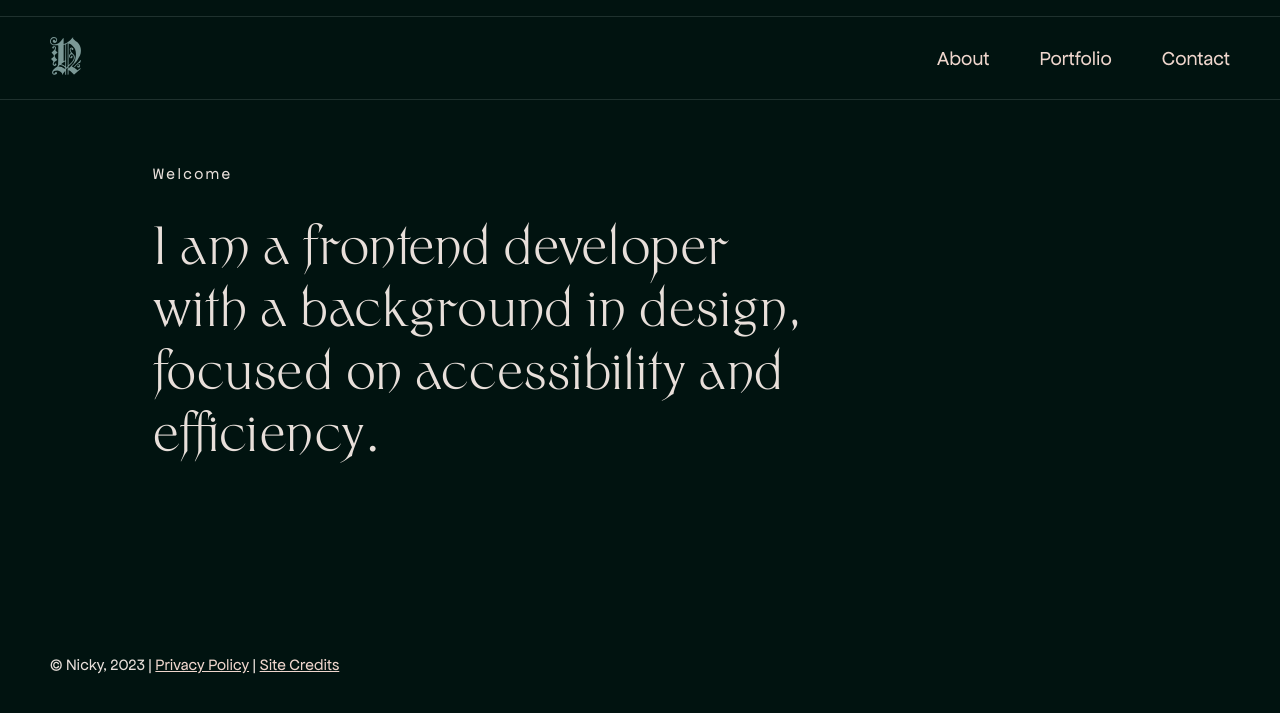
Repository: jdmghost/portfolio-2023
Page: /
These files come from the project's save history. The page is drawn as it stood at one moment and after the next save; the edit follows.
The browser window is 1280 px wide. The pictures show the whole page.
The project was rebuilt for these pictures with package versions that can differ from the ones it lists, and the page was loaded fresh each time. The framework's server and built-in components were replaced by stand-ins that run in the browser. Also part of the build but not shown: next.config.js.

Above is the page before, as saved 2023-08-19 11:38:12.

### app/layout.js
import 'normalize.css/normalize.css';
import '../assets/styles/main.scss';

import React from 'react';
import Header from "../components/header/Header.js";
import Footer from "../components/footer.js";

export default function RootLayout({ children }) {
  return (
    <html lang="en">
      <head />
      <body className="theme--light">
        <Header />
        {children}
        <Footer />
      </body>
    </html>
  )
}

### app/page.js
import React from 'react';

import '../assets/styles/theme-dark.scss';

function Home() {
    return (
        <main className="home wo">
            <section className="col-2-9 pv">
                <h1 className="eyebrow">
                    Welcome
                </h1>
                <p className="h1">
                    I am a frontend developer with a background in design, focused on accessibility and efficiency.
                </p>
            </section>
        </main>
    )
}

export default Home

### assets/styles/main.scss
/*
—————————————————————————————————————————
T A B L E ~ O F ~ C O N T E N T S
—————————————————————————————————————————
~~~ 1 ~~~~~~~~~~~~~~~~~~~~~~~~ FILE SETUP
1.1 ~ IMPORTS
1.3 ~ MIXINS
~~~ 2 ~~~~~~~~~~~~~~~~~~~~~ GLOBAL STYLES
2.1 ~ PSEUDO-STATES
2.2 ~ CORE
2.3 ~ A11Y links in new window styling
2.4 ~ A11Y skip link styling
2.5 ~ SPACING
~~~ 3 ~~~~~~~~~~~~~~~~~~~~~ ON EVERY PAGE
3.1 ~ HEADER & NAVIGATION
3.2 ~ FOOTER
3.3 ~ BREADCRUMBS
3.4 ~ SEARCH
~~~ 4 ~~~~~~~~~~~~~~~~~~~~~~~~ TYPOGRAPHY
4.1 ~ ELEMENT SETTINGS
4.2 ~ CLASSES
4.3 ~ BUTTONS/BUTTON LINKS
4.4 ~ FORMS
~~~ 5 ~~~~~~~~~~~~~~~~~~~~~~~~~~~~ LAYERS
5.1 ~ BLOCKS
5.2 ~ STATIC LAYERS
5.3 ~ OTHER
~~~ 6 ~~~~~~~~~~~~~~~~~~~~~~~~ RESPONSIVE
6.1 ~ DESKTOP
6.2 ~ TABLET (m)
6.3 ~ MOBILE (s)
*/

/* ~~~~~~~~~~~~~~~~~~~~~~~~~~~~~~~~~~~~~~~~~ */
/* ~~~ 1 ~~~~~~~~~~~~~~~~~~~~~~~~ FILE SETUP */
/* ~~~~~~~~~~~~~~~~~~~~~~~~~~~~~~~~~~~~~~~~~ */

/* ~~~~~~~~~~~~~~~~~~~~~ 1.1 ~ IMPORTS */
@import "1-variables";
@import "2-layout";
@import "2-typography";
@import "header";


/* ~~~~~~~~~~~~~~~~~~~~~~~~~~~~~~~~~~~~~~~~~ */
/* ~~~ 2 ~~~~~~~~~~~~~~~~~~~~~ GLOBAL STYLES */
/* ~~~~~~~~~~~~~~~~~~~~~~~~~~~~~~~~~~~~~~~~~ */

/* ~~~~~~~~~~~~~~~~~~~~~ 2.1 ~ PSEUDO-STATES */
* {
    accent-color: black;
}

::selection {
    background: rgba(255, 255, 255, 0.5);
}

::-moz-selection {
    background: rgba(255, 255, 255, 0.5);
}

:focus {
    outline: 2px solid black;
    outline-offset: 2px;
}

.keyboard-focus {
    *:focus {
        outline: 2px solid red;
    }
}

/* ~~~~~~~~~~~~~~~~~~~~~ 2.2 ~ CORE */
video,
embed,
iframe {
    width: 100%;
    height: auto;
    aspect-ratio: 16 / 9;
}

li p,
p .button {
    font-size: 100%;
}

/* ~~~~~~~~~~~~~~~~~~~~~ 2.3 ~ A11Y links in new window styling */
/* https://www.w3.org/WAI/WCAG21/Techniques/general/G201.html */
a[target="_blank"] {
    position: relative;

    span {
        position: absolute;
        left: -9000px;
        width: 0;
        overflow: hidden;
    }

    &:hover span,
    &:focus span,
    &:active span {
        display: block;
        position: absolute;
        top: 1em;
        left: 1em;
        width: 12em;
        border: 1px solid black;
        background-color: white;
        color: black;
        text-align: center;
    }
}

/* ~~~~~~~~~~~~~~~~~~~~~ 2.4 ~ A11Y skip link styling */
.skip-link {
    padding: 20px 10px 11px 10px;
    display: inline-block;
    position: absolute;
    z-index: 123456789;
    background-color: white;
    top: -200px;
    left: 20px;
    border-radius: 0px 0px 5px 5px;
    box-shadow: 0px 0px 24px rgba(0, 0, 0, 0.5);
    transition: .4s all $easing;

    &:focus {
        top: 0;
    }
}

/* ~~~~~~~~~~~~~~~~~~~~~ 2.5 ~ SPACING */
.pv {
    padding-top: 65px;
    padding-bottom: 65px;
}

.pv--s {
    padding-top: 30px;
    padding-bottom: 30px;
}

/* ~~~~~~~~~~~~~~~~~~~~~~~~~~~~~~~~~~~~~~~~~ */
/* ~~~ 3 ~~~~~~~~~~~~~~~~~~~~~ ON EVERY PAGE */
/* ~~~~~~~~~~~~~~~~~~~~~~~~~~~~~~~~~~~~~~~~~ */
.home {
    min-height: calc(100vh - 11.25rem);
}


/* ~~~~~~~~~~~~~~~~~~~~~ 3.2 ~ FOOTER */
.footer {
    .footer__logo {
        img {
            max-width: 130px;
            height: auto;
        }
    }
}


/* ~~~~~~~~~~~~~~~~~~~~~ 3.3 ~ BREADCRUMBS */
/* ~~~~~~~~~~~~~~~~~~~~~ 3.4 ~ SEARCH */





/* ~~~~~~~~~~~~~~~~~~~~~~~~~~~~~~~~~~~~~~~~~ */
/* ~~~ 4 ~~~~~~~~~~~~~~~~~~~~~~~~ TYPOGRAPHY */
/* ~~~~~~~~~~~~~~~~~~~~~~~~~~~~~~~~~~~~~~~~~ */


/* ~~~~~~~~~~~~~~~~~~~~~ 4.3 ~ BUTTONS/BUTTON LINKS */
.button {
    margin-top: 10px;
    display: inline-block;
    padding: 15px 30px;
    text-decoration: none !important;
    line-height: 1;

    &:hover {}
}

button {
    border-color: transparent;
}

/* ~~~~~~~~~~~~~~~~~~~~~~~~~~~~~~~~~~~~~~~~~ */
/* ~~~ 5 ~~~~~~~~~~~~~~~~~~~~~~~~~~~~ LAYERS */
/* ~~~~~~~~~~~~~~~~~~~~~~~~~~~~~~~~~~~~~~~~~ */
/* ~~~~~~~~~~~~~~~~~~~~~ 5.1 ~ BLOCKS */
/* ~~~~~~~~~~~~~~~~~~~~~ 5.2 ~ STATIC LAYERS */
/* ~~~~~~~~~~~~~~~~~~~~~ 5.3 ~ OTHER */


.portfolio__posts {
    display: flex;
    flex-wrap: wrap;
    justify-content: center;
    gap: 3rem;
    margin: 4rem 0;
}

.post__header {
    h1 {
        margin-bottom: .5rem;
    }
    p {
        margin-top: 0;
    }
    border-bottom: 0.0625rem solid $color-forest;
    margin-bottom: 2rem;
}

.post__meta {
    list-style: none;
    margin: 0;
    padding: 0 0.8rem;
    border: 1px solid $color-forest;

    li {
        margin: 1rem 0.2rem;
    }

    a {
        color: $color-forest;
    }
}

### components/footer.js
import React from 'react';
import Link from 'next/link';

function Footer() {
    return (
        <footer className="footer wo" role="contentinfo">
            {/* Copyright & Legal */}
            <p className="col-1-12 m-col-1-10 s-col-1-5">
                &copy; Nicky, {new Date().getFullYear()}
                <span> | </span>
                <Link href="/privacy">
                    Privacy Policy
                </Link>
                <span> | </span>
                <Link href="/credits">
                    Site Credits
                </Link>
            </p>
        </footer>
    )
}

export default Footer

### assets/styles/theme-dark.scss
@import "1-variables";

body {
    background-color: $color-void;
    color: $color-paper;
}

.header {
    border-color: #1F312E;

    .header__logo svg path {
        fill: $color-sage;
    }
}

.footer a,
.site-nav > li a {
    color: $color-blush;
    background-color: $color-void;
}

### assets/styles/1-variables.scss
/* ~~~~~~~~~~~~~~~~~~~~~ layout.scss */
$column-count: 12;
$column-count-m: 9;
$column-count-s: 4;
$margin: 50;
$margin-m: 40;
$margin-s: 20;
$column-gap: 50;

/* ~~~~~~~~~~~~~~~~~~~~~ theme colors */
$color-berry: #2F0325;
$color-blush: #EFD6CD;
$color-coffee: #ADA199;
$color-forest: #022721;
$color-paper: #E8DFDA;
$color-sage: #7B9896;
$color-void: #011310;

/* ~~~~~~~~~~~~~~~~~~~~~ other */
$easing: cubic-bezier(0.83, 0, 0.17, 1);

/* ~~~~~~~~~~~~~~~~~~~~~ typography */
@font-face {
    font-family: "sinistre";
    src: url("../fonts/Sinistre-StCaroline.woff2") format("woff2"),
         url("../fonts/Sinistre-StCaroline.woff") format("woff");
}

@font-face {
    font-family: "apfel";
    src: url("../fonts/ApfelGrotezk-fett.woff2") format("woff2"),
         url("../fonts/ApfelGrotezk-fett.woff") format("woff");
    font-weight: bold;
}

@font-face {
    font-family: "apfel";
    src: url("../fonts/ApfelGrotezk-regular.woff2") format("woff2"),
         url("../fonts/ApfelGrotezk-regular.woff") format("woff");
    font-weight: normal;
}


$font-sinistre: "sinistre", serif;
$font-apfel: "apfel", sans-serif;

### assets/styles/2-layout.scss
.wo,
.wo-stacked,
.wo-full {
    max-width: 100%;
    position: relative;
    text-align: center;
    * {
        text-align: left;
    }
    &.between {
        align-content: space-around;
    }
    .left {
        justify-self: start;
    }
    .right {
        justify-self: end;
    }
    .bottom {
        align-self: end;
    }
    .center {
        justify-self: center;
        text-align: center;
        * {
            text-align: center;
        }
    }
}

img[class^="col-"],
img[class*="col-"] {
    place-self: start;
}

@media only screen and (min-width: 1200px) {
    .wo,
    .wo-full {
        display: grid;
        grid-template-columns: repeat($column-count, 1fr);
        gap: 0 $column-gap + px;
        justify-items: stretch;
        align-items: start;
    }

    .l-hide {
        display: none !important;
    }

    .wo,
    .wo-stacked {
        margin: 0 $margin + px;
    }

    .wo-full {
        padding: 0 $margin + px;
    }

    .wo > * {
        grid-column-start: 1;
        grid-column-end: $column-count + 1;
    }

    @for $a from 1 through $column-count {
        @for $b from 1 through $column-count + 1 {
            .col-#{$a}-#{$b} {
                grid-column-start: $a;
                grid-column-end: $b;
            }
        }
    }
}

@media only screen and (min-width: 600px) and (max-width: 1200px) {
    .wo,
    .wo-full {
        display: grid;
        grid-template-columns: repeat($column-count-m, 1fr);
        gap: 0 $column-gap + px;
        justify-items: stretch;
        align-items: start;
    }

    .m-hide {
        display: none !important;
    }

    .wo,
    .wo-stacked {
        margin: 0 $margin-m + px;
    }

    .wo-full {
        padding: 0 $margin-m + px;
    }

    .wo > * {
        grid-column-start: 1;
        grid-column-end: $column-count-m + 1;
    }

    @for $a-m from 1 through $column-count-m {
        @for $b-m from 1 through $column-count-m + 1 {
            .m-col-#{$a-m}-#{$b-m} {
                grid-column-start: $a-m;
                grid-column-end: $b-m;
            }
        }
    }
}

@media only screen and (max-width: 600px) {
    .wo,
    .wo-full {
        display: grid;
        grid-template-columns: repeat($column-count-s, 1fr);
        gap: 0 $column-gap + px;
        justify-items: stretch;
        align-items: start;
    }

    .s-hide {
        display: none !important;
    }

    .wo,
    .wo-stacked {
        margin: 0 $margin-s + px;
    }

    .wo-full {
        padding: 0 $margin-s + px;
    }

    .wo > * {
        grid-column-start: 1;
        grid-column-end: $column-count-s + 1;
    }

    @for $a-s from 1 through $column-count-s {
        @for $b-s from 1 through $column-count-s + 1 {
            .s-col-#{$a-s}-#{$b-s} {
                grid-column-start: $a-s;
                grid-column-end: $b-s;
            }
        }
    }
}

### assets/styles/2-typography.scss
body {
    font-family: $font-apfel;
    font-style: normal;
}

.h1 {
    font-family: $font-sinistre;
    font-size: 3.25rem;
    line-height: 1.2;
    margin: 3.25rem 0;
}

.wysiwyg h3,
.h4 {
    font-size: 1.5625rem;
    line-height: 1.4;
    margin: 1.2rem 0;
}

.wysiwyg h6,
.eyebrow {
    font-size: 1rem;
    font-weight: normal;
    letter-spacing: 0.15rem;
    margin: 0;
    margin-bottom: -1.5rem;
}

.wysiwyg p {
    font-size: 1.125rem;
    line-height: 1.3;
}

.wysiwyg {
    > * {
        margin-top: 0;
    }
}

### assets/styles/header.scss
@import "1-variables";

.header {
    align-items: center;
    border-top: 1px solid;
    border-bottom: 1px solid;

    .header__logo img {
        max-width: 140px;
        height: auto;
    }

    .header__nav {
        justify-self: end;
    }
}

/**
 * Desktop Site Nav
 */
@media screen and (min-width: 50rem) {
    #siteNavToggle,
    .site-nav__expand-toggle {
        display: none;
    }

    .header {
        padding: 1.25rem 0;
        padding-left: $column-gap + px;
        padding-right: $column-gap + px;
        margin-top: 1rem;
    }

    .site-nav {
        list-style: none;
        display: grid;
        grid-auto-flow: column;
        grid-auto-columns: auto;
        grid-template-rows: 1fr;
        gap: 0px 3.125rem;
        margin: 0;
        padding: 0;

        > li {
            display: inline-block;

            a {
                position: relative;
                font-size: 1.25rem;
                text-decoration: none;

                &[aria-current="page"]:before {
                    content: '';
                    background-image: url('../images/page-marker.svg');
                    position: absolute;
                    height: 6.4375rem;
                    width: 1.1875rem;
                    top: -2.5rem;
                    left: calc(50% - 0.5625rem);
                    z-index: -1;
                }
            }
        }
    }
}

/**
 * Mobile Site Nav
 */
@media screen and (max-width: 50rem) {
    #siteNavToggle {
        background: transparent;
        border: 1px solid $color-berry;
        border-radius: 100%;
        padding: 0.75rem 1rem 0.65rem;
    }

    .header {
        padding: 0.65rem 0;
        padding-left: $margin-s + px;
        padding-right: $margin-s + px;
        margin-top: 0;
        position: relative;
    }

    .open .site-nav {
        display: block;
    }

    .site-nav {
        list-style: none;
        display: none;
        position: absolute;
        top: 4.25rem;
        left: 0;
        background-color: $color-forest;
        width: 100%;
        height: 100vh;
        margin: 0;
        z-index: 2;

        > li {
            display: block;
            margin: 2rem 0;

            a {
                background-color: transparent !important;
                color: $color-paper !important;
                font-family: $font-sinistre;
                font-size: 3rem;
                line-height: 1.2;
                text-decoration: none;
            }
        }
    }
}

### components/header/SiteNav.js
"use client";

import React from 'react';
import Link from 'next/link';
import { usePathname } from 'next/navigation';

function SiteNav() {
    const pathname = usePathname();

    return (
        <ul id="siteNav" className="site-nav">
            <li>
                <Link href="/about" aria-current={pathname == "/about" ? "page" : "false"}>
                    About
                </Link>
            </li>
            <li>
                <Link href="/portfolio" aria-current={pathname == "/portfolio" ? "page" : "false"}>
                    Portfolio
                </Link>
            </li>
            <li>
                <Link href="/contact" aria-current={pathname == "/contact" ? "page" : "false"}>
                    Contact
                </Link>
            </li>
        </ul>
    )
}

export default SiteNav

Loaded but not shown: components/header/Header.js (60 lines, source omitted)

After the next save:
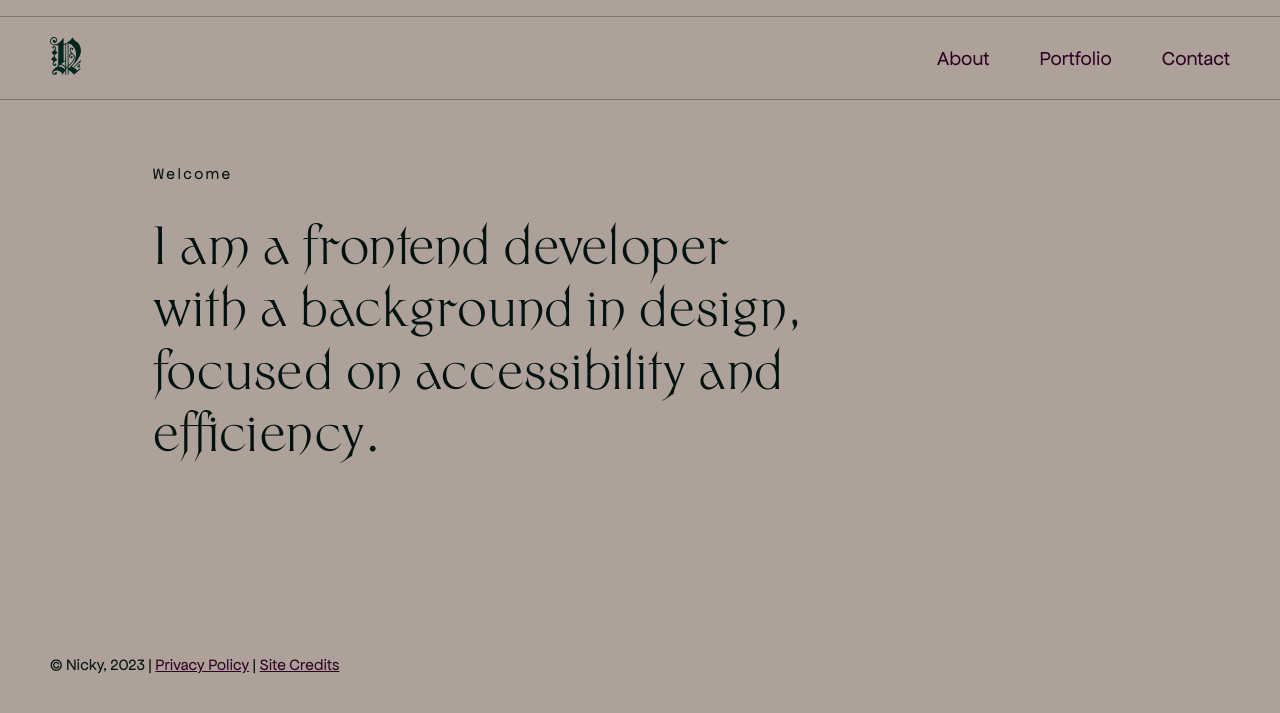
Saved 56 s later.
--- a/assets/styles/main.scss
+++ b/assets/styles/main.scss
@@ -12,7 +12,7 @@ T A B L E ~ O F ~ C O N T E N T S
 2.4 ~ A11Y skip link styling
 2.5 ~ SPACING
 ~~~ 3 ~~~~~~~~~~~~~~~~~~~~~ ON EVERY PAGE
-3.1 ~ HEADER & NAVIGATION
+3.1 ~ THEME
 3.2 ~ FOOTER
 3.3 ~ BREADCRUMBS
 3.4 ~ SEARCH
@@ -147,6 +147,25 @@ a[target="_blank"] {
     min-height: calc(100vh - 11.25rem);
 }
 
+/* ~~~~~~~~~~~~~~~~~~~~~ 3.1 ~ THEME */
+.theme--light {
+    background-color: $color-coffee;
+    color: $color-void;
+
+    .header {
+        border-color: #80756E;
+
+        .header__logo svg path {
+            fill: $color-forest;
+        }
+    }
+
+    .footer a,
+    .site-nav > li a {
+        color: $color-berry;
+        background-color: $color-coffee;
+    }
+}
 
 /* ~~~~~~~~~~~~~~~~~~~~~ 3.2 ~ FOOTER */
 .footer {
